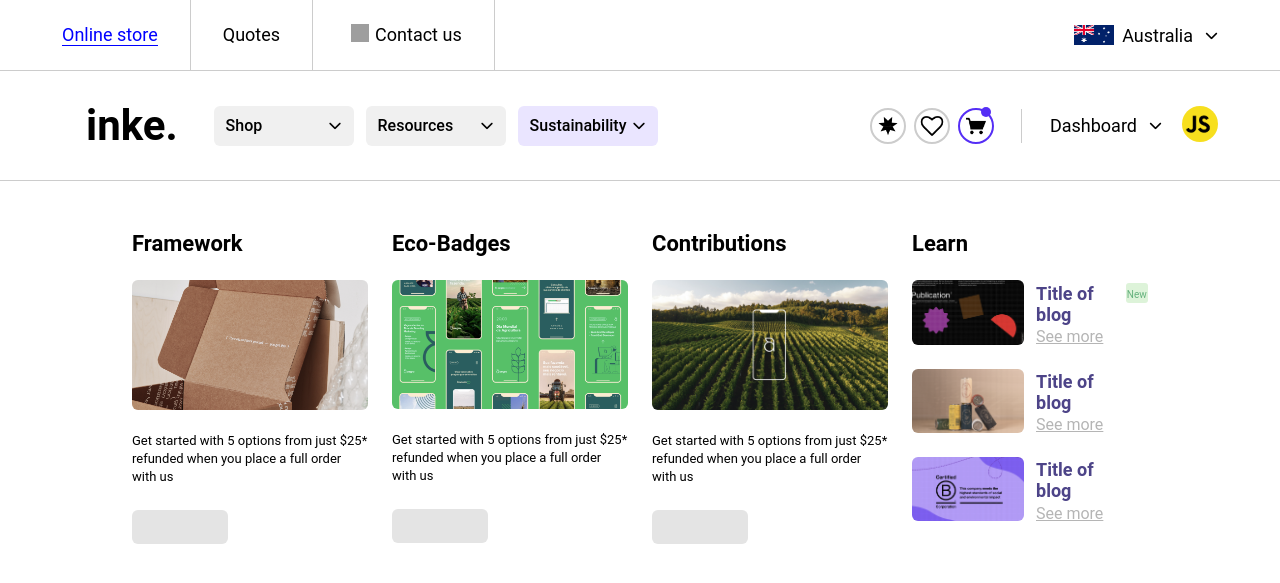
Repository: NguyenMinhKhanhB1909929/Practice_HTML-01
Page: index.html
An editor plug-in stored every save of this project. The page is shown before and after the next save, followed by the edit.
The browser window is 1280 px wide. The pictures show the whole page.
Pictures or frames that could not be fetched are drawn as grey boxes. Some web libraries are served in a nearby version.

Above is the page before, as saved 2022-04-07 19:44:28.

### index.html
<!DOCTYPE html>
<html lang="en">
  <head>
    <meta charset="UTF-8" />
    <meta http-equiv="X-UA-Compatible" content="IE=edge" />
    <meta name="viewport" content="width=device-width, initial-scale=1.0" />
    <title>Practice 1</title>
    <link rel="stylesheet" href="./asset/style/style.css" />
    <link
      rel="stylesheet"
      href="https://cdnjs.cloudflare.com/ajax/libs/font-awesome/6.1.1/css/all.min.css"
    />
  </head>
  <body>
    <div class="main">
      <div class="header">
        <div class="header__about">
          <div class="header__about-text">
            <a href="" class="active">Online store</a>
          </div>
          <div class="header__about-text">
            <a href="">Quotes</a>
          </div>
          <div class="header__about-text">
            <img
              src="https://emojipedia-us.s3.dualstack.us-west-1.amazonaws.com/thumbs/120/google/313/waving-hand_1f44b.png"
              alt=""
              class="header__about-text__img"
            />
            <p class="m-0">
              <a href="">Contact us</a>
            </p>
          </div>
        </div>
        <div class="header__nation">
          <div class="header__nation-wrap">
            <div class="header__nation-flag">
              <img
                src="./asset/img/Australia.svg.webp"
                alt="abc"
                class="header__nation-flag-img"
              />
            </div>
            <div class="header__nation-name">
              <p class="m-0">Australia</p>
            </div>
            <div class="header__nation-icon">
              <i class="fa-solid fa-chevron-down"></i>
            </div>
          </div>
        </div>
      </div>
      <nav class="nav">
        <div class="nav__category">
          <div class="nav__logo">
            <a href="" class="nav__logo-link">inke.</a>
          </div>

          <div class="nav__category-opt">
            <p class="nav__category-opt-name">Shop</p>
            <div class="nav__category-opt-icon">
              <i class="fa-solid fa-chevron-down"></i>
            </div>
          </div>

          <div class="nav__category-opt">
            <p class="nav__category-opt-name">Resources</p>
            <div class="nav__category-opt-icon">
              <i class="fa-solid fa-chevron-down"></i>
            </div>
          </div>
          <div class="nav__category-opt active-btn">
            <p class="nav__category-opt-name">Sustainability</p>
            <div class="nav__category-opt-icon">
              <i class="fa-solid fa-chevron-down"></i>
            </div>
          </div>
        </div>
        <div class="nav__wrap">
          <div class="nav__icon-wrap">
            <div class="nav__icon">
              <img
                src="./asset/img/seven-pointed-star-vector-icon-seven-pointed-star-icon-vector-seven-pointed-star-icon-seven-pointed-star-vector-icon-96183751.jpg"
                alt=""
                class="nav__icon-img"
              />
            </div>
            <div class="nav__icon">
              <img
                src="./asset/img/heart-icon-free-vector.jpg"
                alt=""
                class="nav__icon-img"
              />
            </div>
            <div class="nav__icon active-icon">
              <img
                src="./asset/img/cart-icon-20.jpg"
                alt=""
                class="nav__icon-img"
              />
            </div>
          </div>
          <div class="nav__dash-wrap">
            <div class="nav__das-group">
              <p class="m-0 nav__das-text">Dashboard</p>
              <div class="nav__dash-icon">
                <i class="fa-solid fa-chevron-down"></i>
              </div>
            </div>
            <div class="nav__dash-user">
              <img
                src="./asset/img/images.png"
                alt=""
                class="nav__dash-user-img"
              />
            </div>
          </div>
        </div>
      </nav>
      <div class="container">
        <div class="row">
          <div class="col">
            <div class="container__heading">
              <p class="m-0 container__heading-name">Framework</p>
            </div>
            <div class="container__content">
              <img
                src="./asset/img/image 1.PNG"
                alt=""
                class="container__content-img"
              />
              <p class="container__content-desc">
                Get started with 5 options from just $25* refunded when you
                place a full order with us
              </p>
            </div>
            <button class="btn"></button>
          </div>
          <div class="col">
            <div class="container__heading">
              <p class="m-0 container__heading-name">Eco-Badges</p>
            </div>
            <div class="container__content">
              <img
                src="./asset/img/image2.PNG"
                alt=""
                class="container__content-img"
              />
              <p class="container__content-desc">
                Get started with 5 options from just $25* refunded when you
                place a full order with us
              </p>
            </div>
            <button class="btn"></button>
          </div>
          <div class="col">
            <div class="container__heading">
              <p class="m-0 container__heading-name">Contributions</p>
            </div>
            <div class="container__content">
              <img
                src="./asset/img/image3.PNG"
                alt=""
                class="container__content-img"
              />
              <p class="container__content-desc">
                Get started with 5 options from just $25* refunded when you
                place a full order with us
              </p>
            </div>
            <button class="btn"></button>
          </div>
          <div class="col">
            <div class="container__heading">
              <p class="m-0 container__heading-name">Learn</p>
            </div>
            <div class="container__content">
              <div class="container__content-group">
                <div class="container__content-group-img">
                  <img
                    src="./asset/img/image4.PNG"
                    alt=""
                    class="content-img"
                  />
                </div>
                <div class="container__content-group-title-more">
                  <div class="container__content-title-group">
                    <p class="container__content-title">Title of blog</p>
                    <a class="container__content-title-btn">New</a>
                  </div>
                  <a href="" class="container__content-more">See more</a>
                </div>
              </div>
              <div class="container__content-group">
                <div class="container__content-group-img">
                  <img
                    src="./asset/img/image6.PNG"
                    alt=""
                    class="content-img"
                  />
                </div>
                <div class="container__content-group-title-more">
                  <p class="container__content-title">Title of blog</p>
                  <a href="" class="container__content-more">See more</a>
                </div>
              </div>
              <div class="container__content-group">
                <div class="container__content-group-img">
                  <img
                    src="./asset/img/image7.PNG"
                    alt=""
                    class="content-img"
                  />
                </div>
                <div class="container__content-group-title-more">
                  <p class="container__content-title">Title of blog</p>
                  <a href="" class="container__content-more">See more</a>
                </div>
              </div>
            </div>
          </div>
        </div>
      </div>
    </div>
  </body>
</html>

### asset/style/style.css
* {
  box-sizing: border-box;
  margin: 0;
  font-family: "Roboto", sans-serif;
}
.m-0 {
  margin: 0;
}
.main {
  width: 100%;
}
.header {
  padding: 0 30px;
  display: flex;
  font-size: 18px;
  justify-content: space-between;
  border-bottom: 1px solid #ccc;
}
.header__about {
  display: flex;
}
.header__about-text {
  padding: 24px 32px;
  display: flex;
  border-right: 1px solid #ccc;
}
.header__about-text:hover a {
  color: blue;
  cursor: pointer;
}
.header__about-text__img {
  width: 18px;
  height: 18px;
  display: flex;
  align-items: center;
  margin: 0 6px;
}
.header__nation {
  display: flex;
  align-items: center;
}
.header__nation-wrap {
  display: flex;
}
.header__nation-flag {
  display: flex;
  align-items: center;
}
.header__nation-flag-img {
  width: 40px;
}
.header__nation-name {
  padding: 24px 8px;
}
.header__nation-icon {
  display: flex;
  align-items: center;
  margin: 0 32px 0 4px;
  font-size: 13px;
}
.active {
  color: blue;
  border-bottom: 1px solid blue;
}
a {
  text-decoration: none;
  color: #000;
}

.nav {
  padding: 30px 62px;
  display: flex;
  font-size: 18px;
  justify-content: space-between;
  align-items: center;
  border-bottom: 1px solid #ccc;
}
.nav__category {
  display: flex;
  align-items: center;
}
.nav__logo {
  padding: 0 24px;
}
.nav__logo-link {
  font-size: 42px;
  font-weight: bold;
}
.nav__wrap {
  display: flex;
  align-items: center;
}
.nav__icon-wrap {
  display: flex;
  padding-right: 20px;
  position: relative;
  align-items: center;
  position: relative;
}

.nav__icon {
  width: 36px;
  height: 36px;
  border-radius: 100rem;
  border: 2px solid #ccc;
  display: flex;
  justify-content: center;
  align-items: center;
  margin-right: 8px;
}
.active-icon {
  border: 2px solid #552ef5;
  position: relative;
}
.active-icon::after {
  content: "";
  display: block;
  width: 10px;
  height: 10px;
  background-color: #552ef5;
  position: absolute;
  border-radius: 100rem;
  top: -3px;
  right: 1px;
}
.nav__icon-wrap::after {
  content: "";
  position: absolute;
  display: block;
  height: 34px;
  width: 1px;
  background-color: #ccc;
  right: 0;
  top: 50%;
  transform: translateY(-50%);
}
.nav__dash-wrap {
  display: flex;
  align-items: center;
}
.nav__das-text {
  margin-left: 28px;
}
.nav__dash-icon {
  font-size: 13px;
  margin: 0 12px;
}

.nav__category-opt {
  width: 140px;
  height: 40px;
  border-radius: 6px;
  border: none;
  background-color: #f0f0f0;
  margin-left: 12px;
  padding: 0 12px;
  display: flex;
  align-items: center;
  justify-content: space-between;
  font-size: 16px;
  font-weight: 500;
}
.nav__category-opt:hover {
  background-color: #eae5ff;
}
.nav__category-opt-icon {
  font-size: 13px;
  font-weight: bold;
}
.nav__dash-user {
  margin-left: 8px;
}
.nav__dash-user-img {
  width: 36px;
  border-radius: 100rem;
  height: 36px;
  object-fit: cover;
}
.nav__icon-img {
  width: 28px;
  height: 28px;
  border-radius: 100rem;
}
.active-btn {
  background-color: #eae5ff;
}
.container {
  margin: 0 120px;
  padding: 50px 0 0 0;
}
.row {
  display: flex;
}
.col {
  width: 25%;
  padding: 0 12px;
}
.container__heading {
}

.container__heading-name {
  font-size: 22px;
  font-weight: 600;
}
.container__content {
  margin-top: 24px;
}
.container__content-img {
  width: 100%;
  border-radius: 6px;
  margin-bottom: 18px;
}
.container__content-desc {
  font-size: 13px;
  line-height: 18px;
}
.btn {
  height: 34px;
  width: 96px;
  background-color: #e4e4e4;
  border: none;
  border-radius: 6px;
  margin-top: 24px;
}
.container__content-group {
  display: flex;
  margin-bottom: 20px;
}
.container__content-group-img {
  margin-right: 12px;
  width: 50%;
}
.content-img {
  width: 100%;
  border-radius: 6px;
}
.container__content-group-title-more {
  width: 50%;
  display: flex;
  flex-direction: column;
  justify-content: space-evenly;
}
.container__content-title-group {
  display: flex;
  width: 100%;
}
.container__content-title {
  font-size: 18px;
  font-weight: 600;
  color: #4d4488;
  width: 80%;
}
.container__content-title-btn {
  font-size: 10px;
  background-color: #ddf3d9;
  width: 20%;
  height: 20px;
  border-radius: 3px;
  text-align: center;
  line-height: 24px;
  color: #66b27e;
}
.container__content-more {
  font-size: 16px;
  color: #b5b5b5;
  text-decoration: underline;
  max-width: 392px;
}
.nav__das-group {
  display: flex;
  align-items: center;
}

/* ---------------------Responsive------------------- */
/* PC */
@media screen and (min-width: 64em) {
}
/* Tablet */
@media screen and (min-width: 46.25em) and (max-width: 63.9375em) {
  /* Header */
  .header {
    padding: 0 0;
  }
  .header__nation-name {
    display: none;
  }
  .header__nation-icon {
    margin-left: 12px;
    margin-right: 24px;
  }
  .header__nation-flag-img {
    width: 48px;
  }
  /* Nav */
  .nav {
    padding-left: 0;
    padding-right: 0;
  }
  .nav__das-group {
    display: none;
  }
  .nav__category-opt {
    width: auto;
    height: 46px;
  }
  .nav__category-opt-name {
    margin-right: 8px;
  }
  .nav__dash-user {
    margin-left: 12px;
    margin-right: 20px;
  }
  .nav__icon-wrap {
    padding-right: 12px;
  }
  .nav__logo {
    padding-right: 12px;
  }
  /* Container */
  .container {
    margin: 0 10px;
  }
  .row {
    flex-wrap: wrap;
  }
  .col {
    width: 50%;
    margin-bottom: 32px;
    padding: 0 24px;
  }
  .btn {
    height: 46px;
    width: 120px;
    margin-top: 16px;
  }
  .container__content-desc {
    font-size: 16px;
    line-height: 24px;
  }
  .container__heading-name {
    font-size: 28px;
  }
}

/* Mobile */
@media screen and (max-width: 46.1875em) {
  * {
    color: red;
  }
}

After the next save:
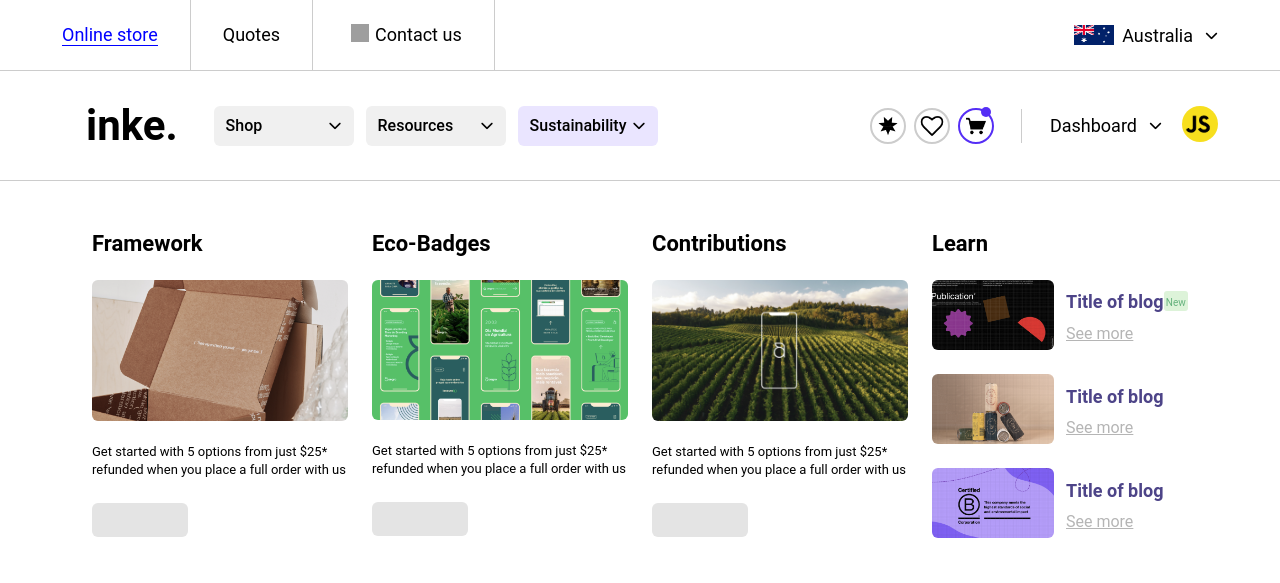
Saved 86 s later.
--- a/asset/style/style.css
+++ b/asset/style/style.css
@@ -185,7 +185,7 @@ a {
   background-color: #eae5ff;
 }
 .container {
-  margin: 0 120px;
+  margin: 0 80px;
   padding: 50px 0 0 0;
 }
 .row {
